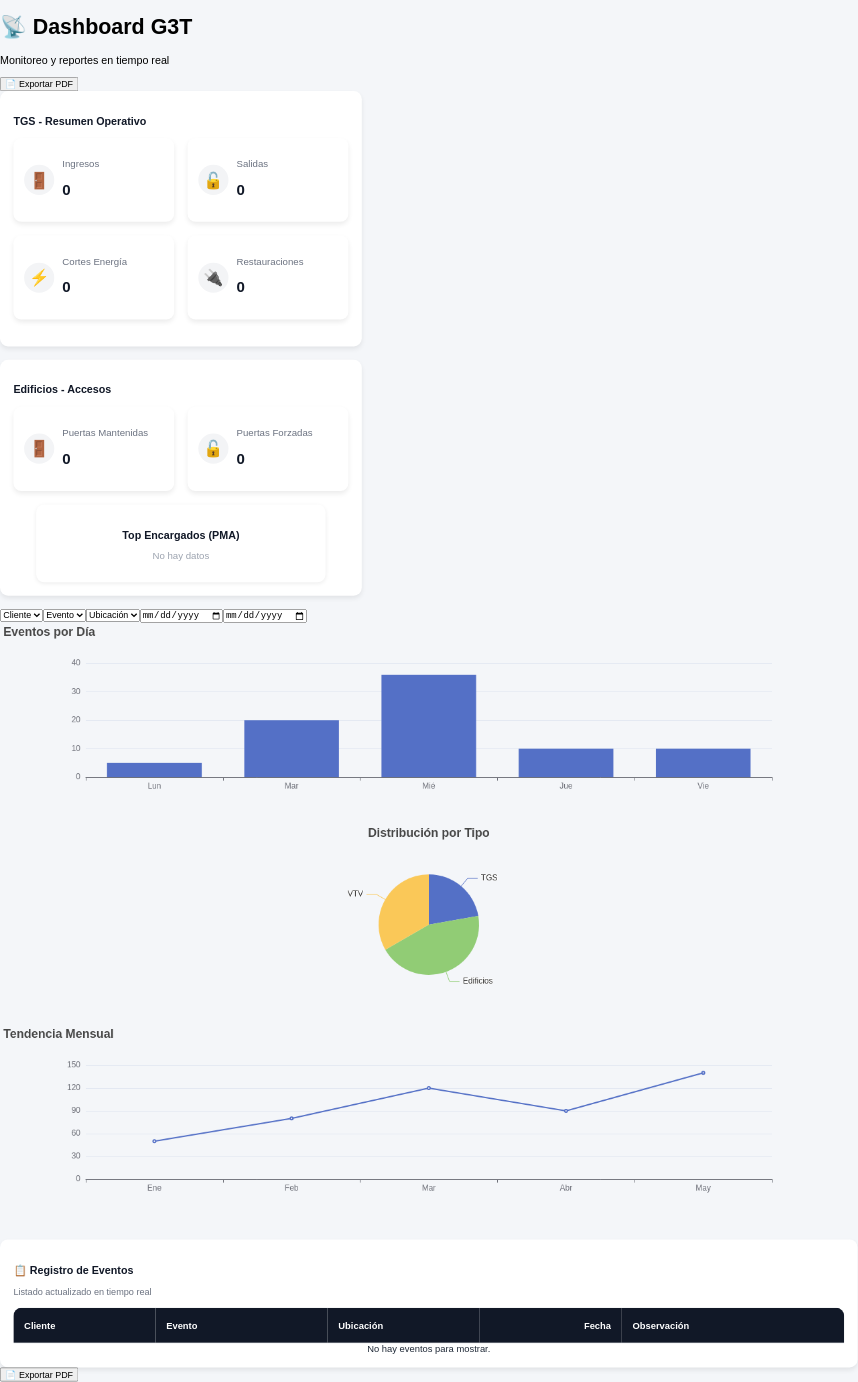
Repository: BBrian11/reportes
Page: /
An editor plug-in stored every save of this project. The page is shown before and after the next save, followed by the edit.
The browser window is 1280 px wide. The pictures show the whole page, at 67% of full size.
The page's requests for data from a server got no answer. The project was rebuilt for these pictures with package versions that can differ from the ones it lists, and the page was loaded fresh each time. No one was signed in, and anything a server would have sent is missing. Also part of the build but not shown: vite.config.js, src/components/Dashboard/StatsCards.jsx, src/styles/form.css.

Above is the page before, as saved 2025-07-29 16:42:56.

After the next save:
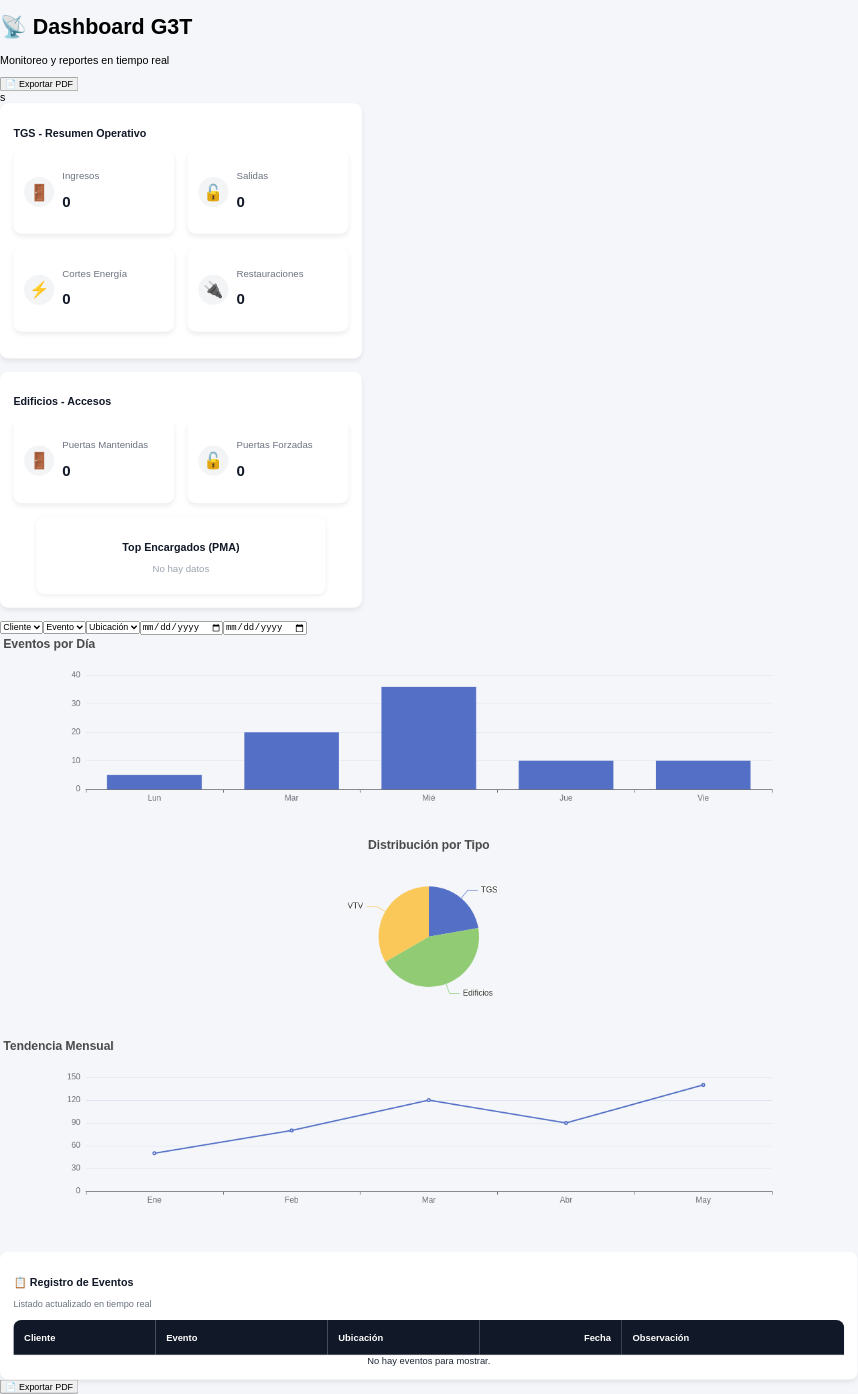
Saved 3 min 26 s later.
--- a/src/components/Dashboard/Dashboard.jsx
+++ b/src/components/Dashboard/Dashboard.jsx
@@ -92,9 +92,12 @@ export default function Dashboard() {
   return (
     <div className="dashboard-container">
       <Header />
+      s
+      <div className="dashboard-grid">
+  <TgsStats eventos={eventosFiltrados} />
+  <EdificioStats eventos={eventosFiltrados} />
+</div>
 
-      <TgsStats eventos={eventosFiltrados} />
-      <EdificioStats eventos={eventosFiltrados} />
       <Filters filtros={filtros} setFiltros={setFiltros} eventos={eventos} />
       <Charts eventos={eventosFiltrados} />
       <EventsTable eventos={eventosFiltrados} />
